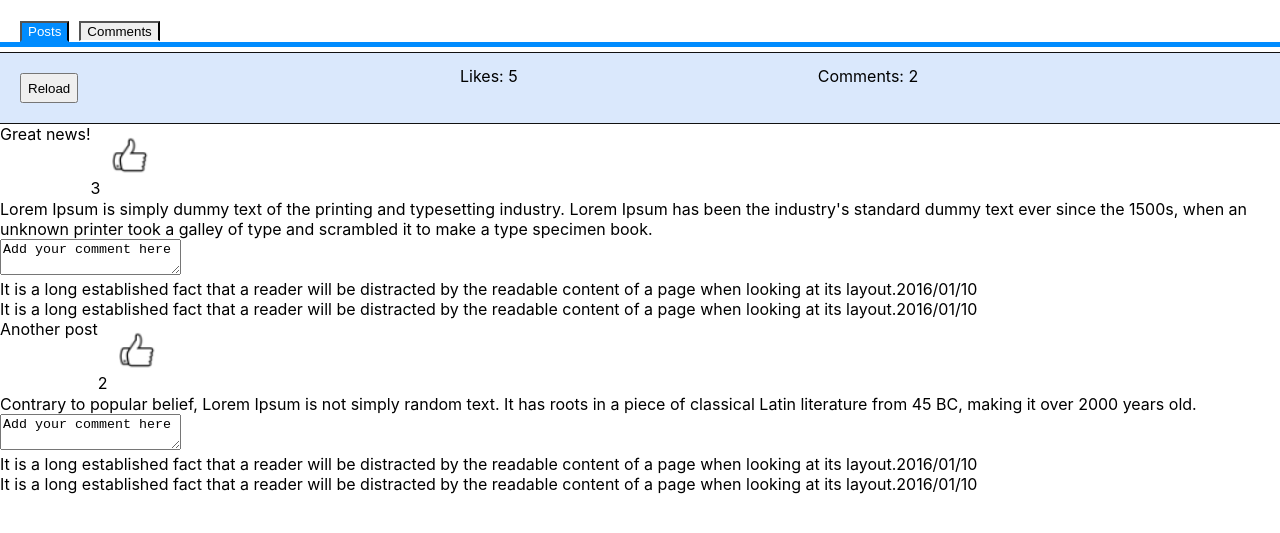
Repository: milosKomiRajkovic94/cleverbit-project
Page: /
These files come from the project's save history. The page is drawn as it stood at one moment and after the next save; the edit follows.
The browser window is 1280 px wide. The pictures show the whole page.
The project was rebuilt for these pictures with package versions that can differ from the ones it lists, and the page was loaded fresh each time. Also part of the build but not shown: src/utils/Loader.js.

Above is the page before, as saved 2020-10-13 20:38:43.

### src/index.js
import React from 'react';

import ReactDOM from 'react-dom';

import App from './App';

import * as serviceWorker from './serviceWorker';

import configureStore from "./store";

import { Provider } from "react-redux";

import { HashRouter as Router } from "react-router-dom";

import "./scss/index.scss";

const store = configureStore();

ReactDOM.render(
  <React.StrictMode>
    <Provider store={store} >
      <Router>
        <App />
      </Router>
    </Provider>
  </React.StrictMode>,
  document.getElementById('root')
);

// If you want your app to work offline and load faster, you can change
// unregister() to register() below. Note this comes with some pitfalls.
// Learn more about service workers: https://bit.ly/CRA-PWA
serviceWorker.unregister();

### src/App.js
import React, {useEffect, useState, lazy, Suspense} from 'react';

import { connect } from "react-redux";

import { bindActionCreators } from "redux";

import { loadCurrentPosts } from "./actions/postActions";

import {
  useHistory,
  Route,
  Switch,
  withRouter,
} from "react-router-dom";

import Header from "./components/HeaderComponents/Header";

import PostsContainer from "./components/PostsComponents/PostsContainer";

import { POSTS, COMMENTS, HOME } from "./constants/urls";

import Loader from "./utils/Loader";

const App = ({ currentPosts, currentPostsAreLoading, currentPostsFailedLoading, loadCurrentPostsAction }) => {

  const [initialLoadingDone, setInitialLoadingDone] = useState(false);
  const history = useHistory();

  useEffect(() => {
    if(!initialLoadingDone){
      loadCurrentPostsAction(true);
      setInitialLoadingDone(true);
    }
  }, [initialLoadingDone, loadCurrentPostsAction])

  function changeLocation(locationToGo) {
    history.push(locationToGo);
  }

  function waitingComponent(Component) {
    return (props) => (
      <Suspense
        fallback={<Loader classNameOfWrapper="centered" text={"Loading"} />}
      >
        <Component {...props} />
      </Suspense>
    );
  }

  return (
    <div className="App">
       <Header
        changeLocation={changeLocation}
       />
       <Switch>
        <Route exact path={HOME} component={PostsContainer} />
        <Route
          exact
          path={POSTS}
          component={waitingComponent(
            lazy(() =>
              import("./components/PostsComponents/PostsContainer")
            )
          )}
        />
        <Route
          exact
          path={COMMENTS}
          component={waitingComponent(
            lazy(() =>
              import("./components/CommentsComponents/CommentsContainer")
            )
          )}
        />
      </Switch>
    </div>
  );
}

const mapStateToProps = (state) => {
  return {
    currentPosts: state.postReducer.currentPosts,
    currentPostsAreLoading: state.postReducer.currentPostsAreLoading,
    currentPostsFailedLoading: state.postReducer.currentPostsFailedLoading,
  }
}

const mapDispatchToProps = (dispatch) => {
  return{
    loadCurrentPostsAction: bindActionCreators(loadCurrentPosts, dispatch)
  }
}

export default withRouter(connect(mapStateToProps, mapDispatchToProps) (App));

### src/store.js
import { createStore, applyMiddleware } from "redux";

import thunk from "redux-thunk";

import rootReducer from "./reducers";

export default function configureStore(){
    return createStore(
        rootReducer,
        applyMiddleware(thunk)
    )
}

### src/scss/index.scss
@import 'app';

@import 'header';

@import 'posts';

### src/actions/postActions.js
import { CURRENT_POSTS_LOADED_SUCCESSFULLY, CURRENT_POSTS_ARE_LOADING, CURRENT_POSTS_FAILED_LOADING, CURRENT_POSTS_LOADED_SUCCESSFULLY_AFTER_INITIAL_LOAD } from "./actionTypes";

import  fakeData from "../constants/fakeData";

export function currentPostsAreLoadingAction(currentPostsAreLoading){
    return{
        type: CURRENT_POSTS_ARE_LOADING,
        currentPostsAreLoading
    }
}

export function currentPostsFailedLoadingAction(currentPostsFailedLoading){
    return{
        type: CURRENT_POSTS_FAILED_LOADING,
        currentPostsFailedLoading
    }
}

export function currentPostsLoadedSuccessfullyAction(currentPosts){
    return{
        type: CURRENT_POSTS_LOADED_SUCCESSFULLY,
        currentPosts
    }
}

/* This is just an action for remaining the current state in order not to have restarted data, but instead updated current data after click on RELOAD BUTTON.
    Delete this action after implementation of API endpoint and use just currentPostsLoadedSuccessfullyAction in order to send current data from the endpoint.
*/
export function currentPostsLoadedSuccessfullyAfterInitialLoad(){
    return{
        type: CURRENT_POSTS_LOADED_SUCCESSFULLY_AFTER_INITIAL_LOAD,
    }
}


export function loadCurrentPosts(initialLoad){
    return(dispatch) => {
        dispatch(currentPostsAreLoadingAction(true));
        /* I will pass direct fake JSON data here and you can implement your actual API end point request here.
        setTimeout will be used as imitation that it takes some time for the request to reach endpoint. */
        setTimeout(function(){
            if(initialLoad){
                dispatch(currentPostsLoadedSuccessfullyAction(fakeData));
            }else {
                dispatch(currentPostsLoadedSuccessfullyAfterInitialLoad());
            }
        }, 1500)

    }
}

### src/components/HeaderComponents/Header.js
import React from "react";

import {
    POSTS,
    COMMENTS,
    HOME
} from "../../constants/urls";

import {
    withRouter,
    useLocation,
  } from "react-router-dom";

const Header = ({ changeLocation }) => {
    const location = useLocation();

    return(
        <div className="header">
            <button className={location.pathname === POSTS || location.pathname === HOME ? "selectedHeaderButton" : "ordinaryButton"} onClick={() => changeLocation(POSTS)}>
                Posts
            </button>
            <button className={location.pathname === COMMENTS ? "rightButton selectedHeaderButton" : "rightButton ordinaryButton"} onClick={() => changeLocation(COMMENTS)}>
                Comments
            </button>
        </div>
    )
}

export default withRouter(Header);

### src/components/PostsComponents/PostsContainer.js
import React from "react";

import { connect } from "react-redux";

import Post from "./Post";

const PostsContainer = ({
    currentNumberOfLikes,
    currentNumberOfComments,
    currentPosts
}) => {
    return(
        <div>
            <div className="postsHeader">
                <button className="reloadButton">
                    Reload
                </button>
                <div className="likesAndCommentsNumber">
                    <span className="likesNumber">
                        Likes: {currentNumberOfLikes}
                    </span>
                    <span className="commentsNumber">
                        Comments: {currentNumberOfComments}
                    </span>
                </div>
            </div>
            <div className="postsContainer">
                {currentPosts.map((singlePost) => {
                    return(
                        <Post
                            title={singlePost.title}
                            comments={singlePost.comments}
                            description={singlePost.description}
                            numberOfLikes={singlePost.numberOfLikes}
                        />
                    )
                })}
            </div>
        </div>
    )
}

const mapStateToProps = (state) => {
    return{
        currentNumberOfLikes: state.postReducer.currentNumberOfLikes,
        currentNumberOfComments: state.postReducer.currentNumberOfComments,
        currentPosts: state.postReducer.currentPosts,
    }
}

export default connect(mapStateToProps) (PostsContainer);

### src/constants/urls.js
export const POSTS = "/posts";
export const COMMENTS = "/comments";
export const HOME = "/";

### src/reducers/index.js
import { combineReducers } from "redux";

import { postReducer } from "./postsReducer";

export default combineReducers({
    postReducer
});

### src/scss/app.scss
body {
  margin: 0;
  font-family: -apple-system, BlinkMacSystemFont, 'Segoe UI', 'Roboto', 'Oxygen',
    'Ubuntu', 'Cantarell', 'Fira Sans', 'Droid Sans', 'Helvetica Neue',
    sans-serif;
  -webkit-font-smoothing: antialiased;
  -moz-osx-font-smoothing: grayscale;
}

code {
  font-family: source-code-pro, Menlo, Monaco, Consolas, 'Courier New',
    monospace;
}

.centered {
  position: fixed;
  top: 50%;
  left: 50%;
}

### src/scss/header.scss
.header {
  padding: 20px;
  border-bottom: 5px solid #008cff;
  padding-bottom: 0px;
}

.selectedHeaderButton,
.selectedHeaderButton:focus,
.selectedHeaderButton:active {
  background: #008cff;
  color: #fff;
  border-bottom: 2px solid #008cff;
  outline: none;
}

.ordinaryButton {
  border-bottom: 1px solid #fff;
}

.rightButton {
  margin-left: 10px;
}

### src/scss/posts.scss
.postsHeader {
  display: inline-flex;
  width: 100%;
  height: 70px;
  margin-top: 5px;
  border-top: 1px solid #111;
  border-bottom: 1px solid #111;
  background-color: #dae8fc;
}

.likesAndCommentsNumber span {
  padding: 150px;
}

.likesAndCommentsNumber {
  width: 100%;
  text-align: center;
  padding-top: 1%;
}

.reloadButton {
  margin: 20px;
}

.postHeader {
  display: inline-flex;
  width: 100%;
  height: 75px;
}

### src/actions/actionTypes.js
export const CURRENT_POSTS_LOADED_SUCCESSFULLY = "CURRENT_POSTS_LOADED_SUCCESSFULLY";
export const CURRENT_POSTS_LOADED_SUCCESSFULLY_AFTER_INITIAL_LOAD = "CURRENT_POSTS_LOADED_SUCCESSFULLY_AFTER_INITIAL_LOAD";
export const CURRENT_POSTS_ARE_LOADING = "CURRENT_POSTS_ARE_LOADING";
export const CURRENT_POSTS_FAILED_LOADING = "CURRENT_POSTS_FAILED_LOADING";

### src/constants/fakeData.js
export default [
    {
        id: 1,
        title: "Great news!",
        description: "Lorem Ipsum is simply dummy text of the printing and typesetting industry. Lorem Ipsum has been the industry's standard dummy text ever since the 1500s, when an unknown printer took a galley of type and scrambled it to make a type specimen book.",
        comments: [
            {
                id: 1,
                text: "It is a long established fact that a reader will be distracted by the readable content of a page when looking at its layout.",
                date: "2016/01/10"
            },
            {
                id: 2,
                text: "It is a long established fact that a reader will be distracted by the readable content of a page when looking at its layout.",
                date: "2016/01/10"
            }
        ],
        numberOfLikes: 3
    },
    {
        id: 2,
        title: "Another post",
        description: "Contrary to popular belief, Lorem Ipsum is not simply random text. It has roots in a piece of classical Latin literature from 45 BC, making it over 2000 years old.",
        comments: [
            {
                id: 3,
                text: "It is a long established fact that a reader will be distracted by the readable content of a page when looking at its layout.",
                date: "2016/01/10"
            },
            {
                id: 2,
                text: "It is a long established fact that a reader will be distracted by the readable content of a page when looking at its layout.",
                date: "2016/01/10"
            }
        ],
        numberOfLikes: 2
    }
]

### src/components/PostsComponents/Post.js
import React from "react";

const Post = ({ title, description, comments, numberOfLikes }) => {
    return(
        <div className="singlePost">
            <div className="postHeader">
                <div className="postTitle">
                    {title}
                </div>
                <div className="postLikes">
                    {numberOfLikes}
                    <img className="likeImage" src={require("./images/likeButtonImage.png")} alt="likeImage" />
                </div>
            </div>
            <div className="postDescription">
                {description}
            </div>
            <div className="postCommentSection">
                <textarea name="newComment">
                  Add your comment here
                </textarea>
            </div>
            {comments.map((comment) => {
                return(
                    <div className="singleComment">
                        <span className="singleCommentText">
                            {comment.text}
                        </span>
                        <span className="singleCommentDate">
                            {comment.date}
                        </span>
                    </div>
                )
            })}
        </div>
    )
}

export default Post;

### src/reducers/postsReducer.js
import { CURRENT_POSTS_LOADED_SUCCESSFULLY, CURRENT_POSTS_ARE_LOADING, CURRENT_POSTS_FAILED_LOADING, CURRENT_POSTS_LOADED_SUCCESSFULLY_AFTER_INITIAL_LOAD } from "../actions/actionTypes";

import initialState from "../initialState";


export function postReducer(
    state = initialState.postsReducerState,
    action
) {
    switch(action.type){
        case CURRENT_POSTS_LOADED_SUCCESSFULLY: {
            return{
                ...state,
                currentPosts: action.currentPosts,
                currentPostsAreLoading: false,
                currentPostsFailedLoading: false,
            };
        }

        //When using the real API endpoint just remove this case
        case CURRENT_POSTS_LOADED_SUCCESSFULLY_AFTER_INITIAL_LOAD: {
            return{
                ...state,
                currentPosts: state.currentPosts,
                currentPostsAreLoading: false,
                currentPostsFailedLoading: false,
            };
        }

        case CURRENT_POSTS_ARE_LOADING: {
            return{
                ...state,
                //When using the real API endpoint just replace this with empty array []
                currentPosts: state.currentPosts,
                currentPostsAreLoading: action.currentPostsAreLoading,
                currentPostsFailedLoading: false,
            };
        }

        case CURRENT_POSTS_FAILED_LOADING: {
            return {
                ...state,
                //When using the real API endpoint just replace this with empty array []
                currentPosts: state.currentPosts,
                currentPostsAreLoading: false,
                currentPostsFailedLoading: action.currentPostsFailedLoading,
            }
        }

        default: {
            return state;
        }
    }
}

### src/initialState.js
export default {
    postsReducerState: {
        currentPosts: [],
        currentNumberOfLikes: 5,
        currentNumberOfComments: 2,
        currentPostsAreLoading: false,
        currentPostsFailedLoading: false,
    }
}

Loaded but not shown: public/index.html (common file); src/serviceWorker.js (common file)

After the next save:
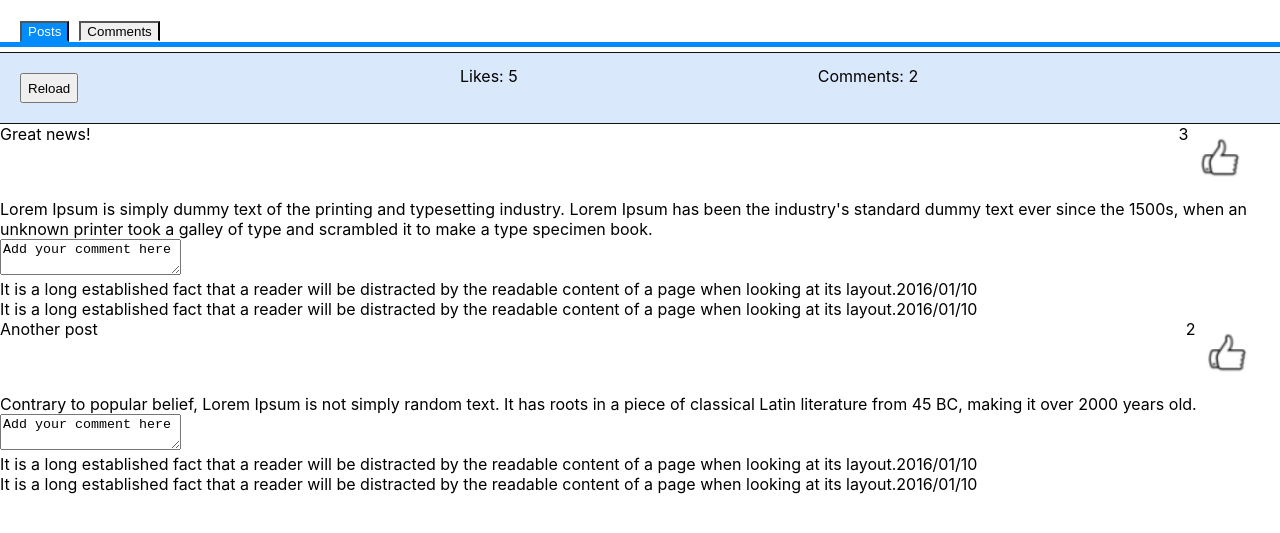
Saved 118 s later.
--- a/src/scss/posts.scss
+++ b/src/scss/posts.scss
@@ -27,3 +27,8 @@
   width: 100%;
   height: 75px;
 }
+
+.postLikes {
+  display: inline-flex;
+  padding-left: 85%;
+}
